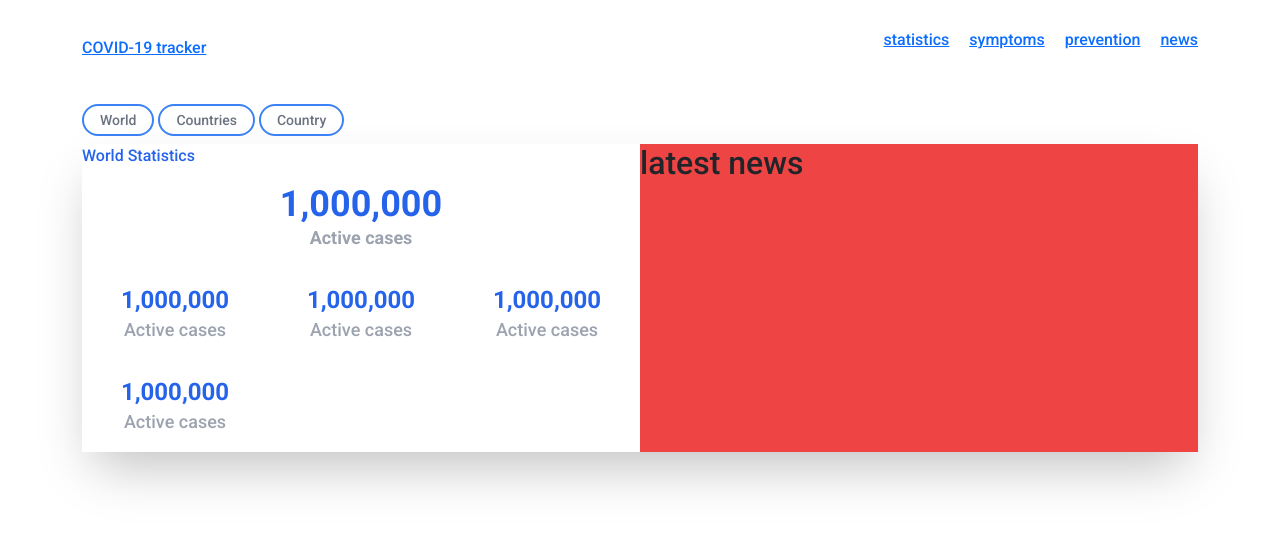
Repository: latenightsnacc/covid-19tracker
Page: design/index.html
An editor plug-in stored every save of this project. The page is shown before and after the next save, followed by the edit.
The browser window is 1280 px wide. The pictures show the whole page.
Some web libraries are served in a nearby version.

Above is the page before, as saved 2021-07-22 16:43:35.

After the next save:
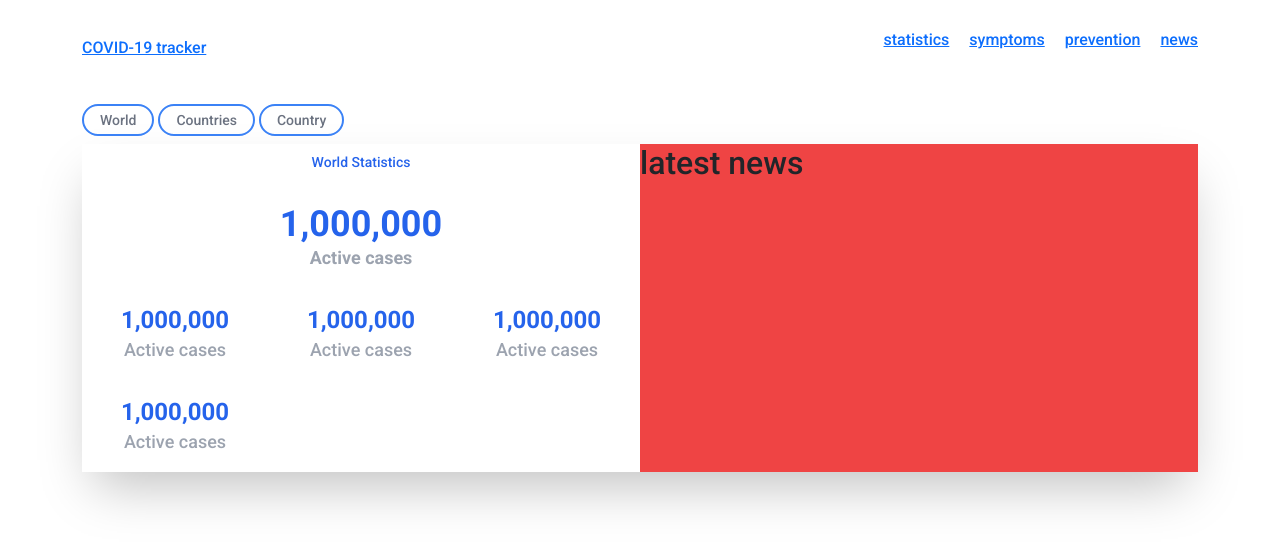
Saved 15 s later.
--- a/design/index.html
+++ b/design/index.html
@@ -74,7 +74,7 @@
             <div class="flex flex-col md:flex-row  shadow-2xl">
 
                 <div class="w-100 md:w-1/2 ">
-                    <span class="text-blue-600 text-center py-2">World Statistics</span>
+                    <h1 class="text-blue-600 text-center py-2 text-sm">World Statistics</h1>
                     <div class="stats">
                         <div class="w-56 flex flex-col items-center justify-center p-3 m-auto">
                             <span class="text-4xl text-blue-600 font-bold">1,000,000</span>
